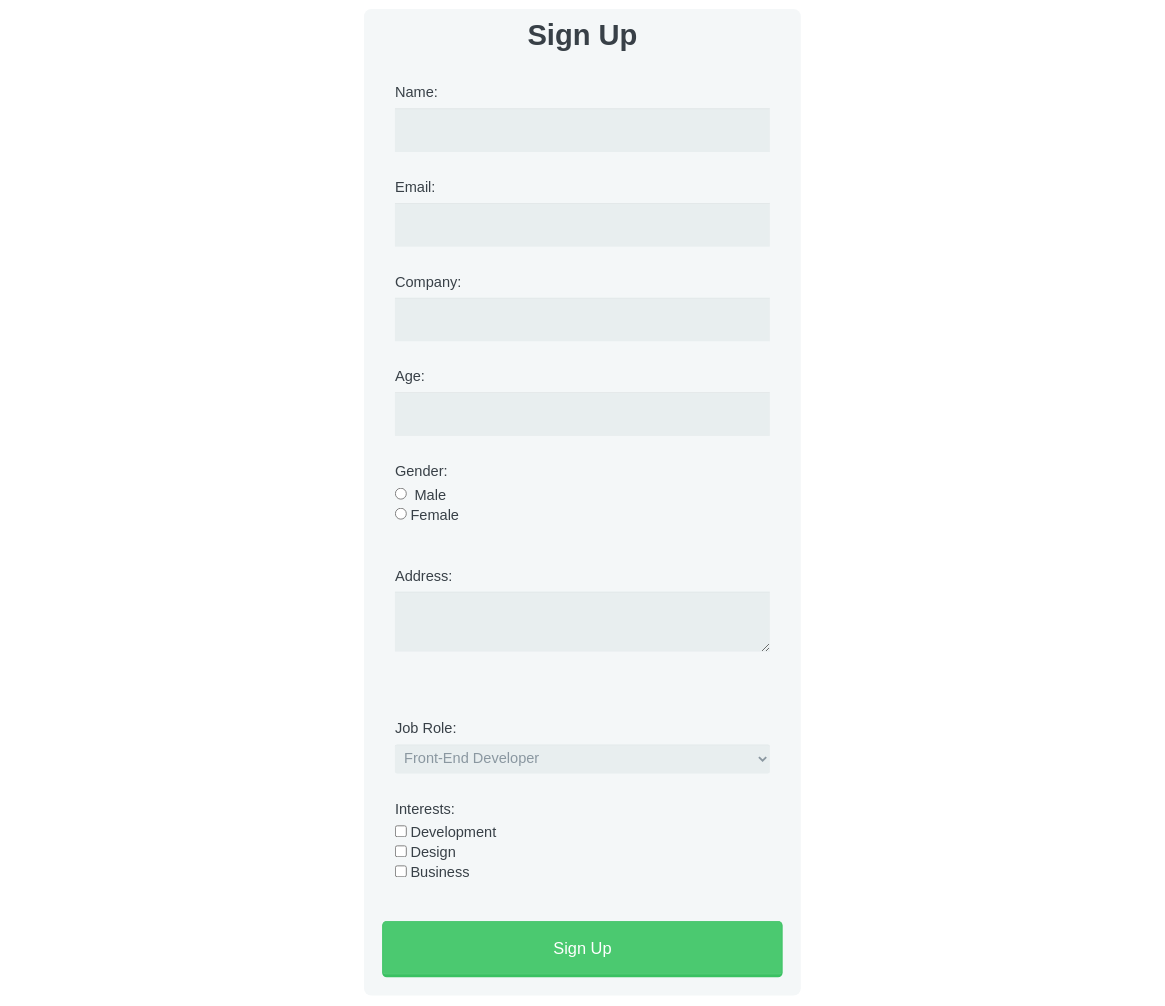
Repository: sunil965/JDBC-Servlet-JSP
Page: http://localhost/JspRegistrationTask/employee.jsp
An editor plug-in stored every save of this project. The page is shown before and after the next save, followed by the edit.
The browser window is 1280 px wide. The pictures show the whole page, at 91% of full size.
The page is served by Tomcat 9. Other server files are loaded and not shown.

Above is the page before, as saved 2017-05-04 10:48:38.

### JspRegistrationTask/WebContent/employee.jsp
<%@ page language="java" contentType="text/html; charset=UTF-8"
    pageEncoding="UTF-8"%>
<!DOCTYPE html PUBLIC "-//W3C//DTD HTML 4.01 Transitional//EN" "http://www.w3.org/TR/html4/loose.dtd">
<!-- <html>
<head>
<meta http-equiv="Content-Type" content="text/html; charset=UTF-8">
<title>employee registeration</title>

<script type="text/javascript">
function employeeValidate(){
	var name = document.getElementByName("uname").value;
	var addr = document.getElementByName("addr").value;
	var cmp = document.getElementByName("cmp").value;
	var age = document.getElementByName("age").value;
	var gender = document.getElementByName("gender").value;
	var domain = document.getElementByName("domain").value;
	var lang = document.getElementByName("lang").value;
	var x=document.getElementById("mail").value;
	var atposition=x.indexOf("@");
	var dotposition=x.lastIndexOf(".");

	if (atposition<1 || dotposition<atposition+2 || dotposition+2>=x.length){
		  alert("Please enter a valid e-mail address");
		  return false;
		  }
	if(name.length==null||name==" "||name.length<=3)
	{
	alert("Enter name");
	return false;
	}
	if(addr.length==null || addr.length==" "){
		alert("Address can't be empty !!");
		return false;
	}
	if(cmp.length==null || cmp.length==" "){
		alert("Company can't be empty !!");
		return false;
	}
	if(age.length==null || age.length==" "){
		alert("Age can't be empty !!");
		return false;
	}
	if(gender.length==null || gender.length==" "){
		alert("Gender can't be empty !!");
		return false;
	}
	if(domain.length==None || domain.length==" "){
		alert("Choose Any Technology !!");
		return false;
	}
	if(lang.length==None || lang.length==" "){
		alert("Company can't be empty !!");
		return false;
	}
	return true;
}

</script>

</head>
<body>
<div align="right"><a href="employeeDetails">Employee Details</a></div>
<div align="center">
 <h1>EMPLOYEE REGISTRATION</h1>
	<form action="employeeRegister" method="post" onsubmit="return employeeValidate()">
		UID : <input type="text" name="uid"><br><br>
		Name :<input type="text" name="uname" id="name"><br><br>
		Email_ID :<input type="email" name="mail" id="mail"><br><br>
		Address : <textarea rows="2" cols="20" name="address" id="addr"></textarea><br><br>
		Company: <input type="text" name="company" id="cmp"><br><br>
		Age : <input type="text" name="age" id="age"><br><br>
		Gender : <input type="radio" name="gender" value="male" checked id="gender"> Male
  				 <input type="radio" name="gender" value="female" id="gender"> Female<br><br><br>
		Specialized : <select name="specialized" id="domain">
						  <option value="">None</option>
						  <option value="C">C</option>
						  <option value="C++">C++</option>
						  <option value="C#">C#</option>
						  <option value="JAVA">JAVA</option>
						  <option value=".NET">.NET</option>
						  <option value="SQL">SQL</option>
						  <option value="ANDROID">ANDROID</option>
						  <option value="IOS">IOS</option>
						  <option value="PYTHON">PYTHON</option>
						  <option value="RUBY">RUBY</option>
						</select><br><br>
		Language : <select name="language" id="lang">
						  <option value="">None</option>
						  <option value="Hindi">Hindi</option>
						  <option value="English">English</option>
						  <option value="Punjabi">Punjabi</option>
						  <option value="Marathi">Marathi</option>
						  <option value="Tamil">Tamil</option>
						  <option value="Telgu">Telgu</option>
						  <option value="Bangali">Bangali</option>
						  <option value="Odia">Odia</option>
						</select><br><br>
						<input type="submit">
	</form>
  </div>
</body>
</html> -->
<html>
<head>
<title>employee_regis</title>
<style type="text/css">
*, *:before, *:after {
  -moz-box-sizing: border-box;
  -webkit-box-sizing: border-box;
  box-sizing: border-box;
}

body {
  font-family: 'Nunito', sans-serif;
  color: #384047;
}

form {
  max-width: 300px;
  margin: 10px auto;
  padding: 10px 20px;
  background: #f4f7f8;
  border-radius: 8px;
}

h1 {
  margin: 0 0 30px 0;
  text-align: center;
}

input[type="text"],
input[type="password"],
input[type="date"],
input[type="datetime"],
input[type="email"],
input[type="number"],
input[type="search"],
input[type="tel"],
input[type="time"],
input[type="url"],
textarea,
select {
  background: rgba(255,255,255,0.1);
  border: none;
  font-size: 16px;
  height: auto;
  margin: 0;
  outline: 0;
  padding: 15px;
  width: 100%;
  background-color: #e8eeef;
  color: #8a97a0;
  box-shadow: 0 1px 0 rgba(0,0,0,0.03) inset;
  margin-bottom: 30px;
}

input[type="radio"],
input[type="checkbox"] {
  margin: 0 4px 8px 0;
}

select {
  padding: 6px;
  height: 32px;
  border-radius: 2px;
}

button {
  padding: 19px 39px 18px 39px;
  color: #FFF;
  background-color: #4bc970;
  font-size: 18px;
  text-align: center;
  font-style: normal;
  border-radius: 5px;
  width: 100%;
  border: 1px solid #3ac162;
  border-width: 1px 1px 3px;
  box-shadow: 0 -1px 0 rgba(255,255,255,0.1) inset;
  margin-bottom: 10px;
}

fieldset {
  margin-bottom: 30px;
  border: none;
}

legend {
  font-size: 1.4em;
  margin-bottom: 10px;
}

label {
  display: block;
  margin-bottom: 8px;
}

label.light {
  font-weight: 300;
  display: inline;
}

@media screen and (min-width: 480px) {

  form {
    max-width: 480px;
  }

}
</style>
<script type="text/javascript"></script>
</head>
<body>
<form action="index.html" method="post">

        <h1>Sign Up</h1>

        <fieldset>
          <label for="name">Name:</label>
          <input type="text" id="name" name="user_name">

          <label for="mail">Email:</label>
          <input type="email" id="mail" name="user_email">

          <label for="password">Company:</label>
          <input type="text" id="password" name="user_password">

          <label >Age:</label>
          <input type="text" id="password" name="user_password">

          <label>Gender:</label>
          <input type="radio" id="male" value="male" name="male"><label for="under_13" class="light"> Male</label><br>
          <input type="radio" id="female" value="female" name="female"><label for="over_13" class="light">Female</label>
        </fieldset>

        <fieldset>
          <label for="bio">Address:</label>
          <textarea id="bio" name="user_bio"></textarea>
        </fieldset>
        <fieldset>
        <label for="job">Job Role:</label>
        <select id="job" name="user_job">
          <optgroup label="Web">
            <option value="frontend_developer">Front-End Developer</option>
            <option value="php_developor">PHP Developer</option>
            <option value="python_developer">Python Developer</option>
            <option value="rails_developer"> Rails Developer</option>
            <option value="web_designer">Web Designer</option>
            <option value="WordPress_developer">WordPress Developer</option>
          </optgroup>
          <optgroup label="Mobile">
            <option value="Android_developer">Androild Developer</option>
            <option value="iOS_developer">iOS Developer</option>
            <option value="mobile_designer">Mobile Designer</option>
          </optgroup>
          <optgroup label="Business">
            <option value="business_owner">Business Owner</option>
            <option value="freelancer">Freelancer</option>
          </optgroup>
          <optgroup label="Other">
            <option value="secretary">Secretary</option>
            <option value="maintenance">Maintenance</option>
          </optgroup>
        </select>

          <label>Interests:</label>
          <input type="checkbox" id="development" value="interest_development" name="user_interest"><label class="light" for="development">Development</label><br>
            <input type="checkbox" id="design" value="interest_design" name="user_interest"><label class="light" for="design">Design</label><br>
          <input type="checkbox" id="business" value="interest_business" name="user_interest"><label class="light" for="business">Business</label>

        </fieldset>
        <button type="submit">Sign Up</button>
      </form>
</body>
</html>

After the next save:
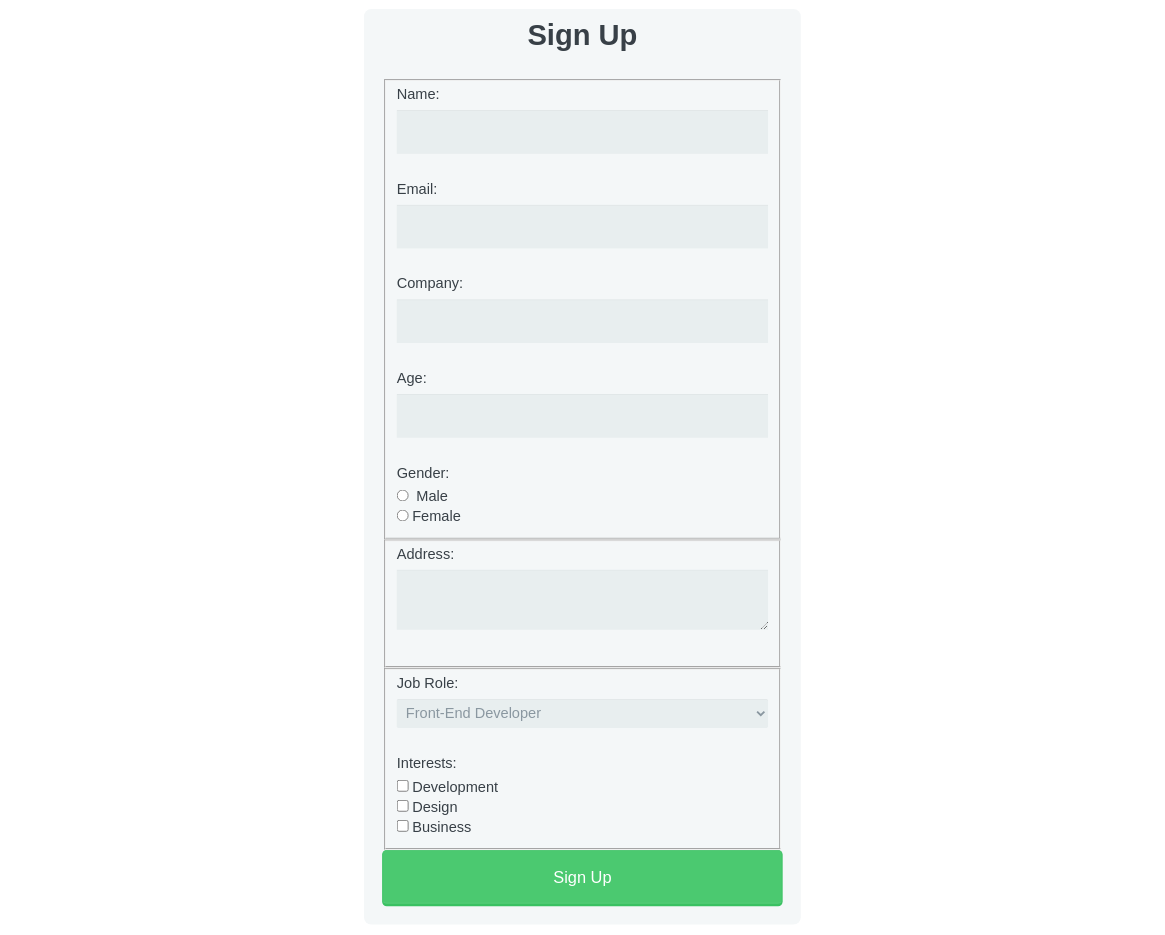
Saved 30 s later.
--- a/JspRegistrationTask/WebContent/employee.jsp
+++ b/JspRegistrationTask/WebContent/employee.jsp
@@ -180,10 +180,7 @@
   margin-bottom: 10px;
 }
 
-fieldset {
-  margin-bottom: 30px;
-  border: none;
-}
+
 
 legend {
   font-size: 1.4em;

After the save that followed:
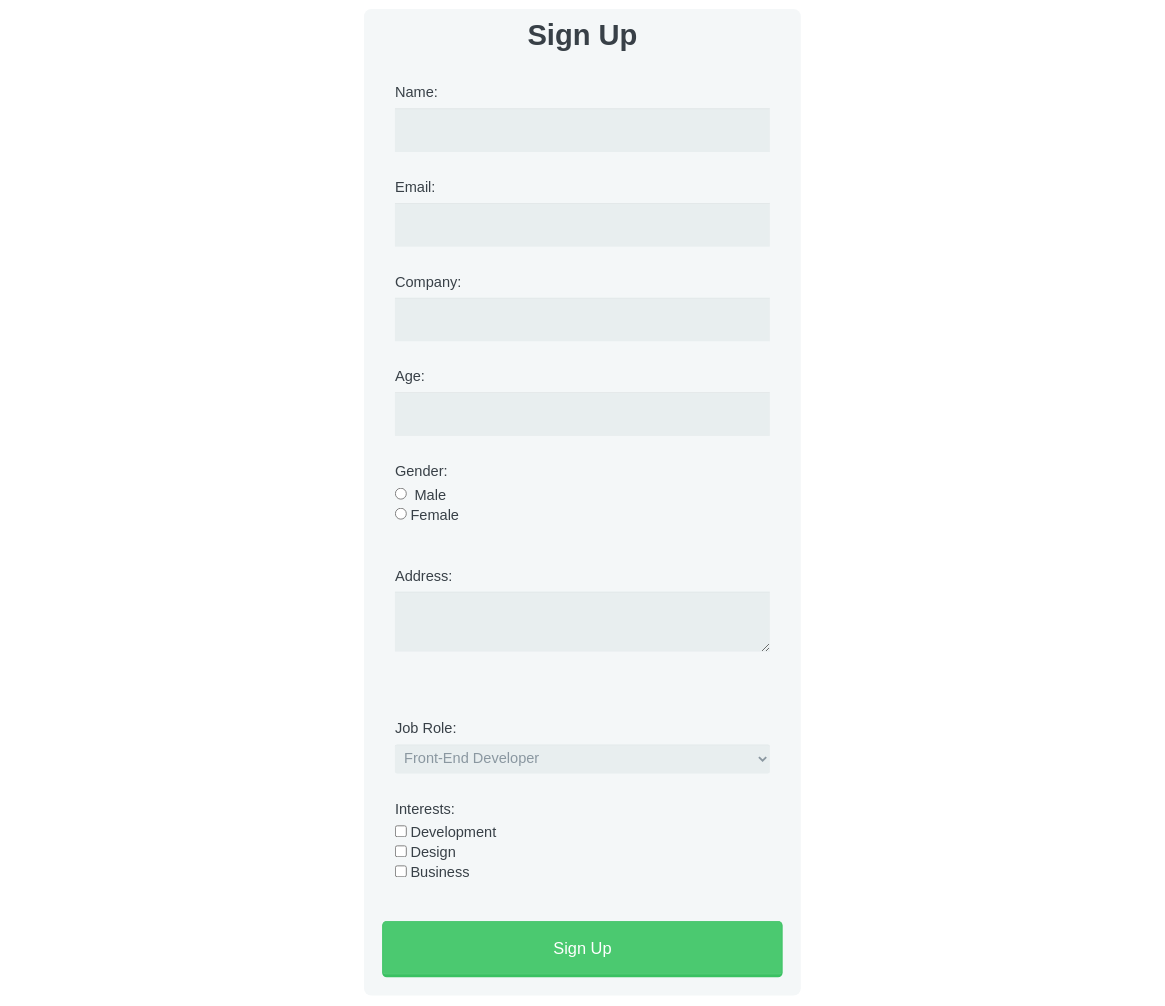
Saved 10 s later.
--- a/JspRegistrationTask/WebContent/employee.jsp
+++ b/JspRegistrationTask/WebContent/employee.jsp
@@ -180,7 +180,10 @@
   margin-bottom: 10px;
 }
 
-
+fieldset {
+  margin-bottom: 30px;
+  border: none;
+}
 
 legend {
   font-size: 1.4em;
